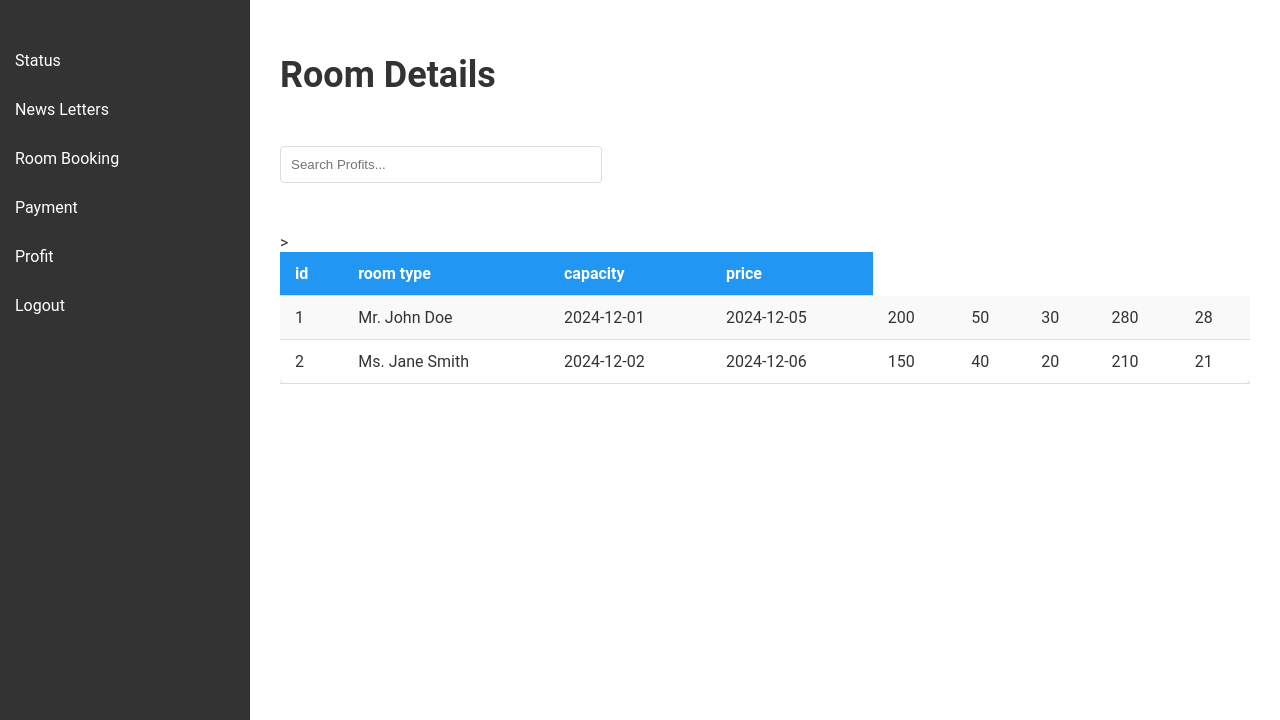
Repository: Trikisalem/examentp_jakarta
Page: http://localhost/hotel/admin/profit.jsp
An editor plug-in stored every save of this project. The page is shown before and after the next save, followed by the edit.
The browser window is 1280 px wide. The pictures show the whole page.
The page is served by Tomcat 10. Nobody is signed in. The application's start-up code is not run.

Above is the page before, as saved 2024-12-14 14:20:04.

After the next save:
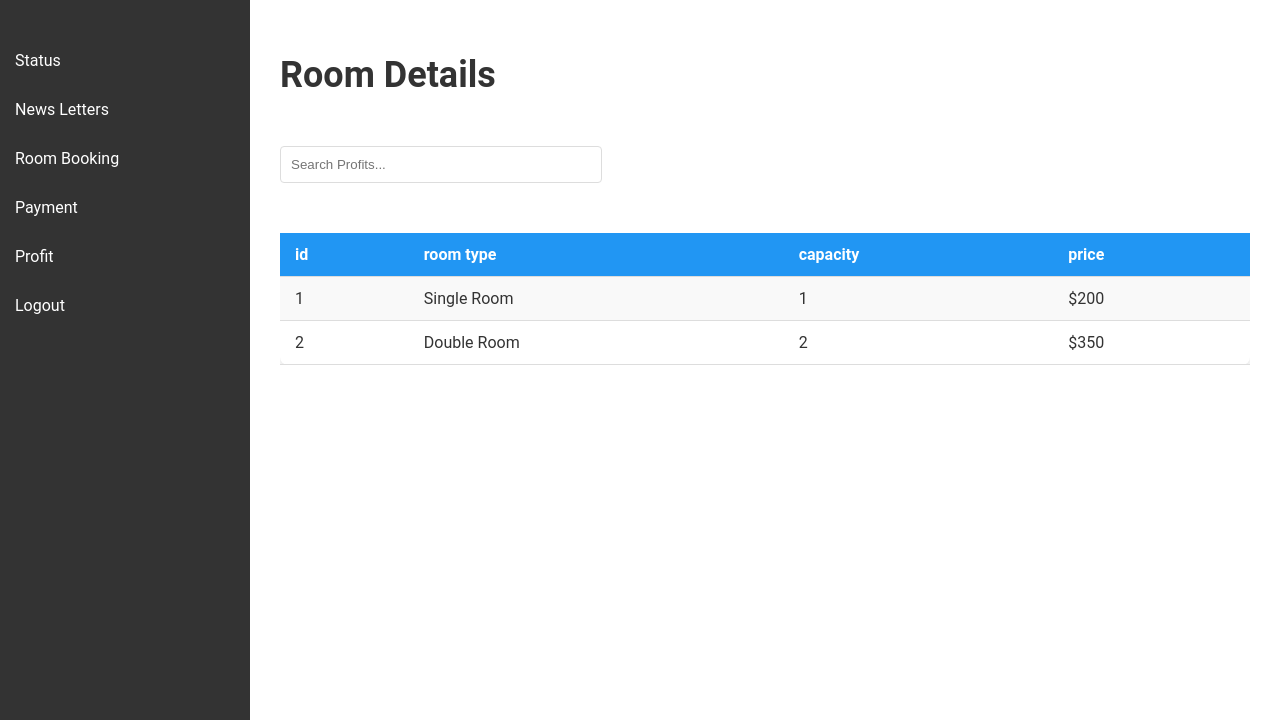
Saved 2 min 25 s later.
--- a/hotel/src/main/webapp/admin/profit.jsp
+++ b/hotel/src/main/webapp/admin/profit.jsp
@@ -191,31 +191,20 @@
                                                 <th>room type</th>
                                                 <th>capacity</th>
                                                 <th>price</th>
-                                               >
                                             </tr>
                                         </thead>
                                         <tbody>
                                             <tr class="gradeC">
                                                 <td>1</td>
-                                                <td>Mr. John Doe</td>
-                                                <td>2024-12-01</td>
-                                                <td>2024-12-05</td>
-                                                <td>200</td>
-                                                <td>50</td>
-                                                <td>30</td>
-                                                <td>280</td>
-                                                <td>28</td>
+                                                <td>Single Room</td>
+                                                <td>1</td>
+                                                <td>$200</td>
                                             </tr>
                                             <tr class="gradeU">
                                                 <td>2</td>
-                                                <td>Ms. Jane Smith</td>
-                                                <td>2024-12-02</td>
-                                                <td>2024-12-06</td>
-                                                <td>150</td>
-                                                <td>40</td>
-                                                <td>20</td>
-                                                <td>210</td>
-                                                <td>21</td>
+                                                <td>Double Room</td>
+                                                <td>2</td>
+                                                <td>$350</td>
                                             </tr>
                                         </tbody>
                                     </table>
